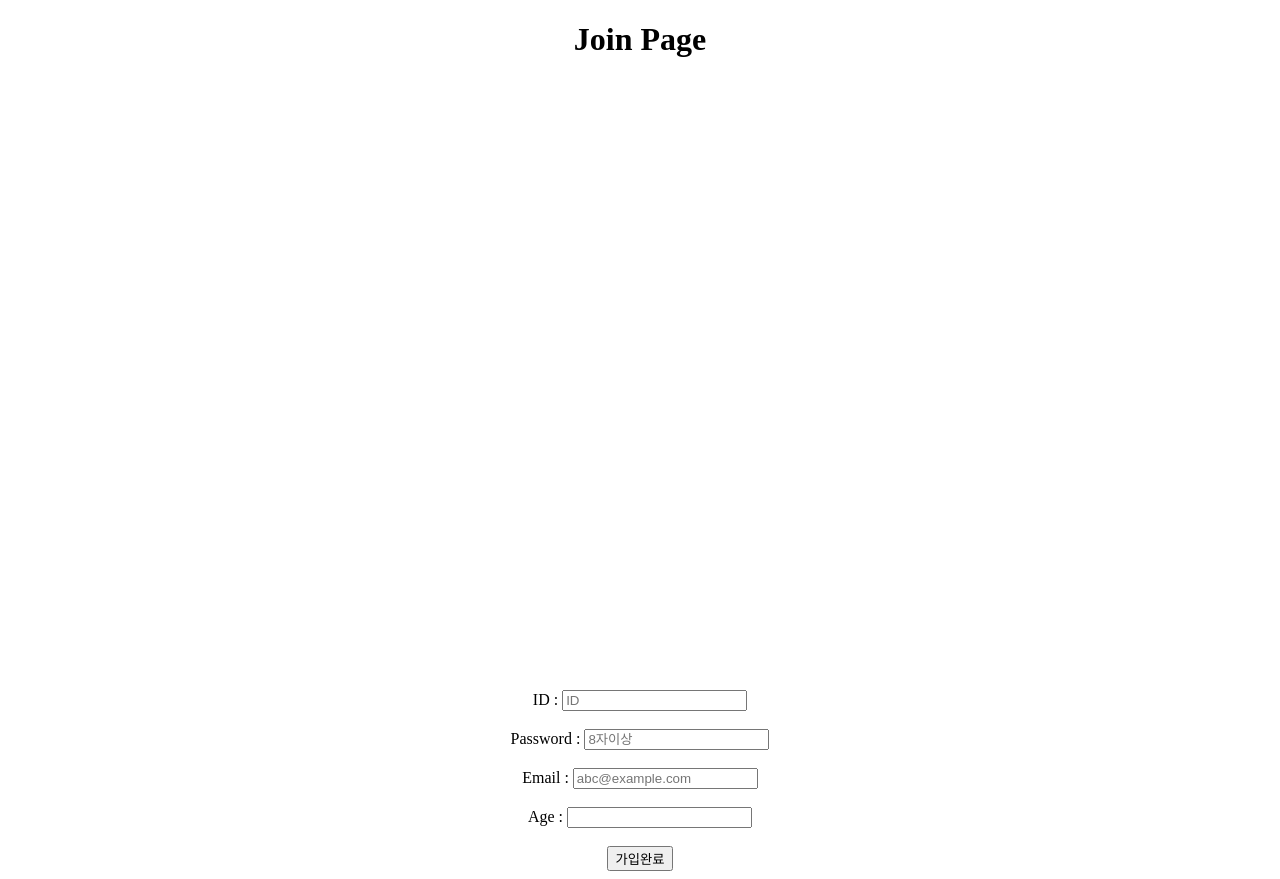
Repository: doridori890130/JSP
Page: http://localhost/jsp_project/mem/join
These files come from the project's save history. The page is drawn as it stood at one moment and after the next save; the edit follows.
The browser window is 1280 px wide. The pictures show the whole page.
The page is served by Tomcat 9. Other server files are loaded and not shown.

Above is the page before, as saved 2023-06-01 04:37:34.

### jsp_project4/jsp_project/src/main/webapp/member/join.jsp
<%@ page language="java" contentType="text/html; charset=UTF-8"
    pageEncoding="UTF-8"%>
<!DOCTYPE html>
<html>
<head>

<style type="text/css">
h1{
text-align: center;
}

div{
	margin:auto;
	text-align: center;
	background: lightpupple;
	margin-top: 50%;

}
</style>
<meta charset="UTF-8">
<title>Join page</title>
</head>
<body>
	<h1>Join Page</h1>
	<div>
	<form action="/mem/register" method="post" >
		ID : <input type="text" name="id" placeholder="ID" > <br> <br>
		Password : <input type="password" name="password" placeholder="8자이상" > <br> <br>
		Email : <input type="text" name="email" placeholder="abc@example.com" > <br> <br>
		Age : <input type="text" name="age"> <br> <br>
		<button type="submit" >가입완료</button>
	</form>
	</div>
</body>
</html>

### jsp_project4/jsp_project/src/main/java/Controller/MemberController.java
package Controller;

import java.io.IOException;
import java.util.List;

import javax.servlet.RequestDispatcher;
import javax.servlet.ServletException;
import javax.servlet.annotation.WebServlet;
import javax.servlet.http.HttpServlet;
import javax.servlet.http.HttpServletRequest;
import javax.servlet.http.HttpServletResponse;
import javax.servlet.http.HttpSession;

import org.slf4j.Logger;
import org.slf4j.LoggerFactory;

import domain.MemberVO;
import service.MemberService;
import service.MemberServiceImpl;

/**
 * Servlet implementation class MemberController
 */
@WebServlet("/mem/*")
public class MemberController extends HttpServlet {
	private static final long serialVersionUID = 1L;
	private static Logger log = LoggerFactory.getLogger(MemberController.class);
	private RequestDispatcher rdp; // 웹의 목적지 주소로 객체를 전달해주는 객체
    private String destpage;
    private int isOk;
    private MemberService msv;

    public MemberController() {
        msv = new MemberServiceImpl();
    }


	protected void service(HttpServletRequest request, HttpServletResponse response) throws ServletException, IOException {
		//characterENcoding 설정
		request.setCharacterEncoding("utf-8");
		response.setCharacterEncoding("utf-8");
		response.setContentType("text/html; charset=utf-8");

		String uri = request.getRequestURI();
		log.info(">>> uri : "+uri);
		String path = uri.substring(uri.lastIndexOf("/")+1);
		log.info(">>> path : "+path);

		switch(path) {
		case "join":
			destpage="/member/join.jsp";
			break;
		case "register":
			try {
				String id = request.getParameter("id");
				String password = request.getParameter("password");
				String email = request.getParameter("email");
				int age = Integer.parseInt(request.getParameter("age"));
				MemberVO mvo = new MemberVO(id,password,email,age);
				isOk = msv.register(mvo);
			} catch (Exception e) {
				e.printStackTrace();
			}
			break;
		case "login":
			destpage="/member/login.jsp";
			break;
		case "login_auth":
			try {
				String id = request.getParameter("id");
				String password = request.getParameter("password");
				MemberVO mvo= new MemberVO(id,password);
				MemberVO loginMvo = msv.login(mvo);
				if(loginMvo != null) {
					HttpSession ses = request.getSession();
					ses.setAttribute("ses", loginMvo);
					ses.setMaxInactiveInterval(10*60);
				}else {
					request.setAttribute("msg_login", 0);
				}
				destpage="/";
			} catch (Exception e) {
				e.printStackTrace();
			}
			break;
		case "logout":
			try {
				HttpSession ses = request.getSession();
				MemberVO mvo = (MemberVO )ses.getAttribute("ses");
				String id = mvo.getId();
				isOk = msv.lastlogin(id);
				ses.invalidate();

			} catch (Exception e) {
				e.printStackTrace();
			}
			destpage="/";
			break;
		case "modify":
			destpage="/member/modify.jsp";
			break;
		case "edit" :
			try {
				MemberVO mvo = new MemberVO(
						request.getParameter("id"),
						request.getParameter("password"),
						request.getParameter("email"),
						Integer.parseInt(request.getParameter("age")),
						request.getParameter("reg_date"),
						request.getParameter("last_login"));
				isOk=msv.modify(mvo);
				if(isOk>0) {
					request.setAttribute("mvo", mvo);
					HttpSession ses = request.getSession();
					ses.setAttribute("ses", mvo);
				}
				destpage="/";
			} catch (Exception e) {
				e.printStackTrace();
			}
			break;
		case "list" :
			try {
				List<MemberVO> list = msv.getList();
				request.setAttribute("list", list);
				destpage="/member/list.jsp";
			} catch (Exception e) {
				e.printStackTrace();
			}
			break;
		case "remove":
			try {
				HttpSession ses = request.getSession();
				MemberVO reMvo = (MemberVO)ses.getAttribute("ses");
				String delId= reMvo.getId();
				isOk = msv.remove(delId);
				ses.invalidate();
				destpage="/";
			} catch (Exception e) {
				e.printStackTrace();
			}
			break;
		}


		rdp = request.getRequestDispatcher(destpage);
		rdp.forward(request, response);
	}


	protected void doGet(HttpServletRequest request, HttpServletResponse response) throws ServletException, IOException {
		service(request,response);
	}


	protected void doPost(HttpServletRequest request, HttpServletResponse response) throws ServletException, IOException {
		service(request,response);
	}

}

### jsp_project4/jsp_project/src/main/java/service/MemberServiceImpl.java
package service;

import java.util.List;

import org.slf4j.Logger;
import org.slf4j.LoggerFactory;

import domain.MemberVO;
import repository.MemberDAO;
import repository.MemberDAOImpl;

public class MemberServiceImpl implements MemberService {
	private static Logger log = LoggerFactory.getLogger(MemberServiceImpl.class);
	private MemberDAO mdao;

	public MemberServiceImpl() {
		mdao= new MemberDAOImpl();
	}

	@Override
	public int register(MemberVO mvo) {
		log.info(">>register service");
		return mdao.register(mvo);
	}

	@Override
	public MemberVO login(MemberVO mvo) {
		log.info(">>login service");
		return mdao.login(mvo);
	}

	@Override
	public int lastlogin(String id) {
		log.info(">>lastlogin service");
		return mdao.lastlogin(id);
	}

	@Override
	public int modify(MemberVO mvo) {
		log.info(">>lastlogin service");
		return mdao.modify(mvo);
	}

	@Override
	public List<MemberVO> getList() {
		log.info(">>lastlogin service");
		return mdao.list();
	}

	@Override
	public int remove(String delId) {
		log.info(">>lastlogin service");
		return mdao.remove(delId);
	}
}

### jsp_project4/jsp_project/src/main/java/repository/MemberDAO.java
package repository;

import java.util.List;

import domain.MemberVO;

public interface MemberDAO {

	int register(MemberVO mvo);

	MemberVO login(MemberVO mvo);

	int lastlogin(String id);

	int modify(MemberVO mvo);

	List<MemberVO> list();

	int remove(String delId);

}

### jsp_project4/jsp_project/src/main/java/repository/MemberDAOImpl.java
package repository;

import java.util.List;

import org.apache.ibatis.session.SqlSession;
import org.slf4j.Logger;
import org.slf4j.LoggerFactory;

import domain.MemberVO;
import orm.DatabaseBuilder;



public class MemberDAOImpl implements MemberDAO {
	private static Logger log = LoggerFactory.getLogger(MemberDAOImpl.class);
	private SqlSession sql;
	private String NS = "MemberMapper.";

	public MemberDAOImpl() {
		new DatabaseBuilder();
		sql= DatabaseBuilder.getFactory().openSession();
	}

	@Override
	public int register(MemberVO mvo) {
		int isOk=sql.insert(NS+"register",mvo);
		if(isOk>0) {
			sql.commit();
		}
		return isOk;
	}

	@Override
	public MemberVO login(MemberVO mvo) {

		return sql.selectOne(NS+"login",mvo);
	}

	@Override
	public int lastlogin(String id) {
		int isOk=sql.update(NS+"lastlogin",id);
		if(isOk>0) {
			sql.commit();
		}
		return isOk;
	}

	@Override
	public int modify(MemberVO mvo) {
		int isOk=sql.update(NS+"modify",mvo);
		if(isOk>0) {
			sql.commit();
		}
		return isOk;
	}

	@Override
	public List<MemberVO> list() {

		return sql.selectList(NS+"list");
	}

	@Override
	public int remove(String delId) {
		int isOk=sql.delete(NS+"del",delId);
		if(isOk>0) {
			sql.commit();
		}
		return isOk;
	}
}

### jsp_project4/jsp_project/src/main/java/orm/DatabaseBuilder.java
package orm;


import java.io.IOException;
import org.apache.ibatis.io.Resources;
import org.apache.ibatis.session.SqlSessionFactory;
import org.apache.ibatis.session.SqlSessionFactoryBuilder;
import org.slf4j.Logger;
import org.slf4j.LoggerFactory;

public class DatabaseBuilder {
	private static Logger log = LoggerFactory.getLogger(DatabaseBuilder.class);
	private static SqlSessionFactory factory;
	private static final String config = "orm/MybatisConfig.xml";

	static {
		try {
			factory = new SqlSessionFactoryBuilder().build(Resources.getResourceAsReader(config));

		} catch (IOException e) {
			log.info("Mybatis 설정오류");
			e.printStackTrace();
		}
	}
	public static SqlSessionFactory getFactory() {
		return factory;
	}
}

### jsp_project4/jsp_project/src/main/java/domain/MemberVO.java
package domain;

public class MemberVO {
//	create table meminfo(
//			mno int auto_increment,
//			id varchar(100),
//			password varchar(100),
//			email varchar(100),
//			age int,
//			reg_date datetime default now(),
//			last_login datetime default null,
//			primary key(mno));
	private int mno;
	private String id;
	private String password;
	private String email;
	private int age;
	private String reg_date;
	private String last_login;

	public MemberVO() {}
	//resister (id, passwor, email, age)
	public MemberVO(String id ,String password, String email, int age) {
		this.id=id;
		this.password=password;
		this.email=email;
		this.age=age;
	}

	// login
	public MemberVO(String id, String password) {
		this.id=id;
		this.password=password;
	}

	//list(id, email, age, reg_date, last_login)
	public MemberVO(String id, String email,int age,String reg_date , String last_login) {
		this.id=id;
		this.email=email;
		this.age=age;
		this.reg_date=reg_date;
		this.last_login=last_login;
	}
	//modify (password, age, email)
	public MemberVO(String password, int age, String email) {
		this.password=password;
		this.age=age;
		this.email=email;
	}
	public MemberVO(String id, String password, String email, int age, String reg_date, String last_login) {

		this.id = id;
		this.password = password;
		this.email = email;
		this.age = age;
		this.reg_date = reg_date;
		this.last_login = last_login;
	}
	public int getMno() {
		return mno;
	}
	public void setMno(int mno) {
		this.mno = mno;
	}
	public String getId() {
		return id;
	}
	public void setId(String id) {
		this.id = id;
	}
	public String getPassword() {
		return password;
	}
	public void setPassword(String password) {
		this.password = password;
	}
	public String getEmail() {
		return email;
	}
	public void setEmail(String email) {
		this.email = email;
	}
	public int getAge() {
		return age;
	}
	public void setAge(int age) {
		this.age = age;
	}
	public String getReg_date() {
		return reg_date;
	}
	public void setReg_date(String reg_date) {
		this.reg_date = reg_date;
	}
	public String getLast_login() {
		return last_login;
	}
	public void setLast_login(String last_login) {
		this.last_login = last_login;
	}
	@Override
	public String toString() {
		return "MemberVo [mno=" + mno + ", id=" + id + ", password=" + password + ", email=" + email + ", age=" + age
				+ ", reg_date=" + reg_date + ", last_login=" + last_login + "]";
	}

}

### jsp_project4/jsp_project/src/main/java/domain/BoardVO.java
package domain;

public class BoardVO {
	private int bno;
	private String title;
	private String writer;
	private String content;
	private String reg_date;
	private int read_count;
	private String image_file;

	public BoardVO() {}

	//register(title, writer, content)
	public BoardVO(String title, String writer, String content) {
		this.title = title;
		this.writer = writer;
		this.content = content;
	}
	//list(bno, title, writer, reg_date)
	public BoardVO(int bno, String title, String writer,
			String reg_date, int read_count) {
		this.bno = bno;
		this.title = title;
		this.writer = writer;
		this.reg_date = reg_date;
		this.read_count = read_count;
	}
	//detail(all)
	public BoardVO(int bno, String title, String writer, String content, String reg_date, int read_count, String image_file) {
		this.bno = bno;
		this.title = title;
		this.writer = writer;
		this.content = content;
		this.reg_date = reg_date;
		this.read_count = read_count;
		this.image_file = image_file;
	}

	//update(bno, title, content)
	public BoardVO(int bno, String title, String content) {
		this.bno = bno;
		this.title =title;
		this.content=content;
	}

	//getter/setter
	public int getBno() {
		return bno;
	}

	public void setBno(int bno) {
		this.bno = bno;
	}

	public String getTitle() {
		return title;
	}

	public int getRead_count() {
		return read_count;
	}

	public void setRead_count(int read_count) {
		this.read_count = read_count;
	}

	public void setTitle(String title) {
		this.title = title;
	}

	public String getWriter() {
		return writer;
	}

	public void setWriter(String writer) {
		this.writer = writer;
	}

	public String getContent() {
		return content;
	}

	public void setContent(String content) {
		this.content = content;
	}

	public String getReg_date() {
		return reg_date;
	}

	public void setReg_date(String reg_date) {
		this.reg_date = reg_date;
	}


	public String getImage_file() {
		return image_file;
	}

	public void setImage_file(String image_file) {
		this.image_file = image_file;
	}

	@Override
	public String toString() {
		return "BoardVO [bno=" + bno + ", title=" + title + ", writer=" + writer + ", content=" + content
				+ ", reg_date=" + reg_date + ", read_count=" + read_count + "]";
	}




}

### jsp_project4/jsp_project/src/main/java/domain/CommentVO.java
package domain;

public class CommentVO {
	private int cno;
	private int bno;
	private String writer;
	private String content;
	private String reg_date;

	public CommentVO() {}

	//post(bno, writer, content)
	public CommentVO(int bno, String writer, String content) {
	this.bno=bno;
	this.writer=writer;
	this.content=content;
	}
	//(writer, content, cno)
	public CommentVO(String writer, String content, int cno) {
	this.writer = writer;
	this.content = content;
	this.cno = cno;
	}
	//modify(cno, content)
	public CommentVO(int cno, String content) {
		this.cno = cno;
		this.content = content;
	}
	//list(bno, cno, writer, content, reg_date)
	public CommentVO(int bno, int cno, String writer, String content,
			String reg_date) {
		this(bno, writer, content);
		this.cno=cno;
		this.reg_date=reg_date;
	}

	public int getCno() {
		return cno;
	}

	public void setCno(int cno) {
		this.cno = cno;
	}

	public int getBno() {
		return bno;
	}

	public void setBno(int bno) {
		this.bno = bno;
	}

	public String getWriter() {
		return writer;
	}

	public void setWriter(String writer) {
		this.writer = writer;
	}

	public String getContent() {
		return content;
	}

	public void setContent(String content) {
		this.content = content;
	}

	public String getReg_date() {
		return reg_date;
	}

	public void setReg_date(String reg_date) {
		this.reg_date = reg_date;
	}

	@Override
	public String toString() {
		return "CommentVO [cno=" + cno + ", bno=" + bno + ", writer=" + writer + ", content=" + content + ", reg_date="
				+ reg_date + "]";
	}
}

### jsp_project4/jsp_project/src/main/java/domain/PagingVO.java
package domain;

public class PagingVO {
	private int pageNo;
	private int qty;

	private String type;
	private String keyword;

	public PagingVO() {
		this(1,10);
	}
	public PagingVO(int pageNo, int qty) {
		this.pageNo=pageNo;
		this.qty=qty;
	}

	public int getPageStart() {
		return (this.pageNo-1)*10;
	}

	public String[] gettypeToArray() {
		return this.type == null ? new String[] {} : this.type.split("");
	}
	public int getPageNo() {
		return pageNo;
	}
	public void setPageNo(int pageNo) {
		this.pageNo = pageNo;
	}
	public int getQty() {
		return qty;
	}
	public void setQty(int qty) {
		this.qty = qty;
	}
	public String getType() {
		return type;
	}
	public void setType(String type) {
		this.type = type;
	}
	public String getKeyword() {
		return keyword;
	}
	public void setKeyword(String keyword) {
		this.keyword = keyword;
	}
	@Override
	public String toString() {
		return "PagingVO [pageNo=" + pageNo + ", qty=" + qty + ", type=" + type + ", keyword=" + keyword + "]";
	}

}

After the next save:
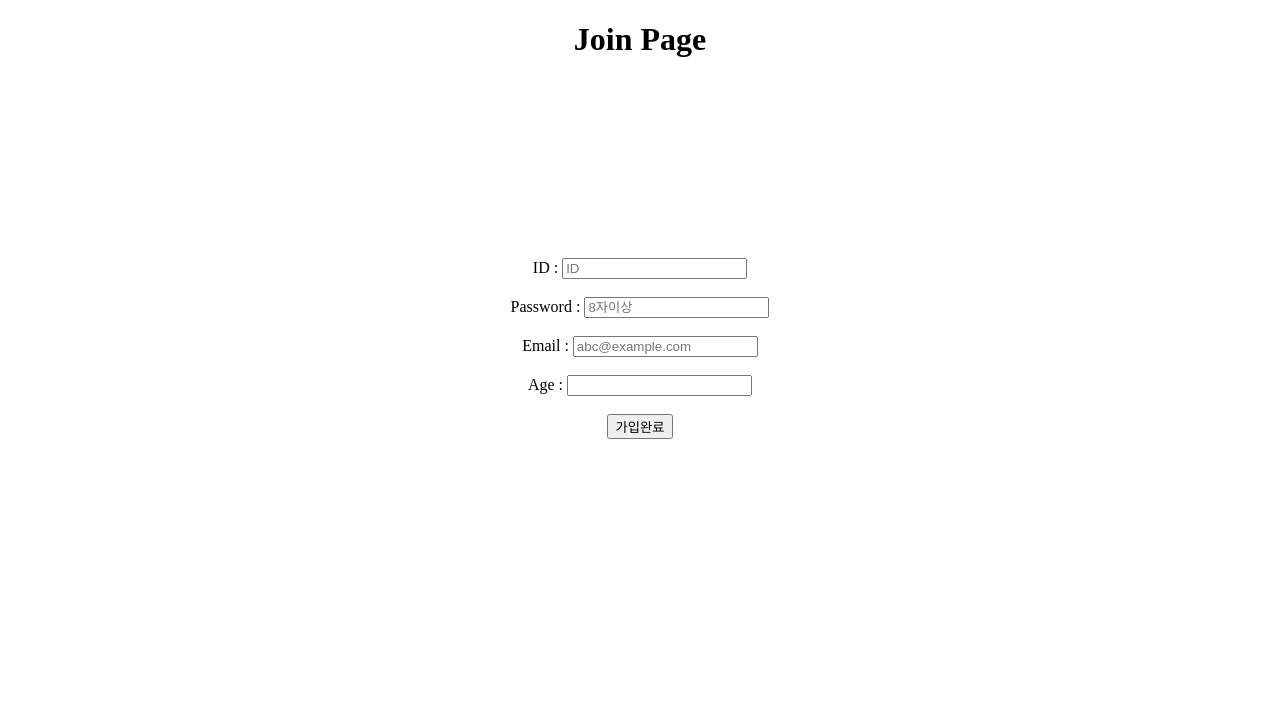
Saved 16 s later.
--- a/jsp_project4/jsp_project/src/main/webapp/member/join.jsp
+++ b/jsp_project4/jsp_project/src/main/webapp/member/join.jsp
@@ -13,7 +13,7 @@ div{
 	margin:auto;
 	text-align: center;
 	background: lightpupple;
-	margin-top: 50%;
+	margin-top: 200px;
 
 }
 </style>
